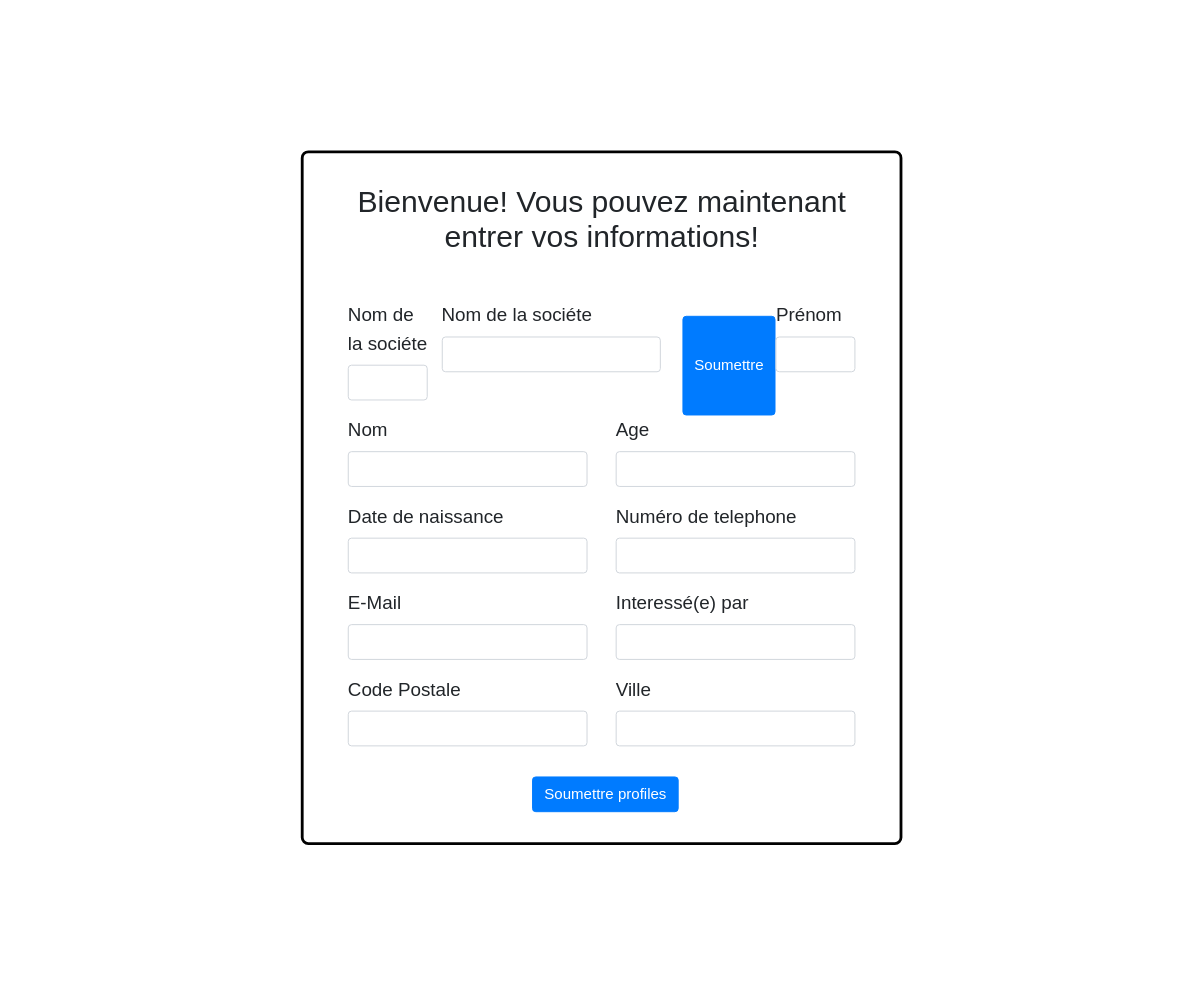
Repository: Aminox84/frontend-main
Page: /
These files come from the project's save history. The page is drawn as it stood at one moment and after the next save; the edit follows.
The browser window is 1280 px wide. The pictures show the whole page, at 94% of full size.
The page's requests for data from a server got no answer. The project was rebuilt for these pictures with package versions that can differ from the ones it lists, and the page was loaded fresh each time. No one was signed in, and anything a server would have sent is missing.

Above is the page before, as saved 2022-12-30 22:03:44.

### public/index.html
<!DOCTYPE html>
<html lang="en">
  <head>
    <meta charset="utf-8" />
    <link rel="icon" href="%PUBLIC_URL%/favicon.ico" />
    <meta name="viewport" content="width=device-width, initial-scale=1" />
    <meta name="theme-color" content="#000000" />
    <meta
      name="description"
      content="Web site created using create-react-app"
    />
    <link rel="apple-touch-icon" href="%PUBLIC_URL%/logo192.png" />

    <link rel="manifest" href="%PUBLIC_URL%/manifest.json" />
    <link rel="stylesheet" href="https://cdn.jsdelivr.net/npm/bootstrap@4.4.1/dist/css/bootstrap.min.css" integrity="sha384-Vkoo8x4CGsO3+Hhxv8T/Q5PaXtkKtu6ug5TOeNV6gBiFeWPGFN9MuhOf23Q9Ifjh" crossorigin="anonymous">

    <title>React App</title>
  </head>
  <body>
    <noscript>You need to enable JavaScript to run this app.</noscript>
    <div id="root"></div>
    <script src="https://code.jquery.com/jquery-3.4.1.slim.min.js" integrity="sha384-J6qa4849blE2+poT4WnyKhv5vZF5SrPo0iEjwBvKU7imGFAV0wwj1yYfoRSJoZ+n" crossorigin="anonymous"></script>
    <script src="https://cdn.jsdelivr.net/npm/popper.js@1.16.0/dist/umd/popper.min.js" integrity="sha384-Q6E9RHvbIyZFJoft+2mJbHaEWldlvI9IOYy5n3zV9zzTtmI3UksdQRVvoxMfooAo" crossorigin="anonymous"></script>
    <script src="https://cdn.jsdelivr.net/npm/bootstrap@4.4.1/dist/js/bootstrap.min.js" integrity="sha384-wfSDF2E50Y2D1uUdj0O3uMBJnjuUD4Ih7YwaYd1iqfktj0Uod8GCExl3Og8ifwB6" crossorigin="anonymous"></script>
  </body>
</html>

### src/App.tsx
import React from 'react';
import UserForm  from './userForm';


function App() {



  return (
    <div style={{position:"relative",background:"white",border:"0.2rem solid  black",padding:"2rem",margin:" 10rem auto",borderRadius:".5rem",fontFamily:"Arial",width:"50%",}}>
      <form>
       <UserForm />
      </form>
    </div>
  );
}

export default App;

### src/userForm.tsx
import React, { useState, useEffect } from 'react'
import axios from 'axios'
import { convertTypeAcquisitionFromJson } from 'typescript'

const UserForm = () => {
  // const [data, setData] = useState([] as any[]);

  useEffect(() => {
    axios
      .get('http://localhost:3000/users')
      .then((res) => {
        console.log(res.data)
        // setData(res.data)
      })
      .catch((err) => console.log(err));

  }, [])

  const [addFormData, setAddFormData] = useState({
    "username": '',
    "profile": {
      "firstname": '',
      "lastname": '',
      "age": 0,
      "dob": '',
      "interest": '',
      "phoneNumber": '',
      "email": '',
      "zipCode": '',
      "state": '',
    },
  })

  const handleFormChange = (event) => {

    event.preventDefault()

    const fieldName = event.target.getAttribute('name')
    const fieldValue = event.target.value

    const newFormData={ ...addFormData}

    if ( fieldName === "firstname") newFormData.profile.firstname = fieldValue
    if ( fieldName === "lastname") newFormData.profile.lastname = fieldValue
    if ( fieldName === "email") newFormData.profile.email = fieldValue
    if ( fieldName === "age") newFormData.profile.age = fieldValue
    if ( fieldName === "dob") newFormData.profile.dob = fieldValue
    if ( fieldName === "interest") newFormData.profile.interest = fieldValue
    if ( fieldName === "phoneNumber") newFormData.profile.phoneNumber = fieldValue
    if ( fieldName === "zipCode") newFormData.profile.zipCode = fieldValue
    if ( fieldName === "state") newFormData.profile.state = fieldValue
    if ( fieldName === "username") newFormData.username = fieldValue

    setAddFormData(newFormData)
    console.log(addFormData)

  }

  const [id,setId]=useState(0);

  const handleSubmitPartOne= async ()=>{

   await axios.post(`http://localhost:3000/users/${id}/profiles`, {
      "firstname": addFormData.profile.firstname,
      "lastname": addFormData.profile.lastname,
      "age": addFormData.profile.age,
      "dob": addFormData.profile.dob,
      "interest": addFormData.profile.interest,
      "phoneNumber": addFormData.profile.phoneNumber,
      "email": addFormData.profile.email,
      "zipCode": addFormData.profile.zipCode,
      "state": addFormData.profile.state,
      })


  }

  const handleSubmitButton = async (event) => {
    event.preventDefault()

    await  axios.post(`http://localhost:3000/users`, {
        "username": addFormData.username,
      }).then(function(response){
       setId(response.data.id)
       console.log(response)
       console.log(id)
      })

  }

  const labelFontSize = { fontSize: '20px' }

  return (
    <>
      <h2 style={{ textAlign: 'center' }}>
        Bienvenue! Vous pouvez maintenant entrer vos informations!
      </h2>
      <div className="container mt-5">
        <div className="row">
          <div className="col">
            <div className="form-group">
              <label style={labelFontSize} htmlFor="exampleInputPassword1">
                Nom de la sociéte
              </label>
              <input
                onChange={handleFormChange}
                name="username"
                type="text"
                className="form-control"
                id="exampleInputPassword1"
              />
            </div>
          </div>



          <div className="row">
          <div className="col">
            <div className="form-group">
              <label style={labelFontSize} htmlFor="exampleInputPassword1">
                Nom de la sociéte
              </label>
              <input
                onChange={handleFormChange}
                name="username"
                type="text"
                className="form-control"
                id="exampleInputPassword1"
              />
            </div>
          </div>
          <div className="d-flex justify-content-center mt-3">
          <button
            onClick={handleSubmitButton}
            type="button"
            className="btn btn-primary ml-2"
          >
            Soumettre
          </button>
        </div>
          </div>






          <div className="col">
            <div className="form-group">
              <label style={labelFontSize} htmlFor="exampleInputPassword1">
                Prénom
              </label>
              <input
                onChange={handleFormChange}
                name="firstname"
                type="text"
                className="form-control"
                id="exampleInputPassword1"
              />
            </div>
          </div>
        </div>
        <div className="row">
          <div className="col">
            <div className="form-group">
              <label style={labelFontSize} htmlFor="exampleInputPassword1">
                Nom
              </label>
              <input
                onChange={handleFormChange}
                name="lastname"
                type="text"
                className="form-control"
                id="exampleInputPassword1"
              />
            </div>
          </div>
          <div className="col">
            <div className="form-group">
              <label style={labelFontSize} htmlFor="exampleInputPassword1">
                Age
              </label>
              <input
                onChange={handleFormChange}
                name="age"
                type="text"
                className="form-control"
                id="exampleInputPassword1"
              />
            </div>
          </div>
        </div>
        <div className="row">
          <div className="col">
            <div className="form-group">
              <label style={labelFontSize} htmlFor="exampleInputPassword1">
                Date de naissance
              </label>
              <input
                onChange={handleFormChange}
                name="dob"
                type="text"
                className="form-control"
                id="exampleInputPassword1"
              />
            </div>
          </div>
          <div className="col">
            <div className="form-group">
              <label style={labelFontSize} htmlFor="exampleInputPassword1">
                Numéro de telephone
              </label>
              <input
                onChange={handleFormChange}
                name="phoneNumber"
                type="text"
                className="form-control"
                id="exampleInputPassword1"
              />
            </div>
          </div>
        </div>
        <div className="row">
          <div className="col">
            <div className="form-group">
              <label style={labelFontSize} htmlFor="exampleInputPassword1">
                E-Mail
              </label>

              <input
                 name="email"
                onChange={handleFormChange}
                type="text"
                className="form-control"
                id="exampleInputPassword1"
              />
            </div>
          </div>
          <div className="col">
            <div className="form-group">
              <label style={labelFontSize} htmlFor="exampleInputPassword1">
                Interessé(e) par
              </label>
              <input
                onChange={handleFormChange}
                name="interest"
                type="text"
                className="form-control"
                id="exampleInputPassword1"
              />
            </div>
          </div>
        </div>
        <div className="row">
          <div className="col">
            <div className="form-group">
              <label style={labelFontSize} htmlFor="exampleInputPassword1">
                Code Postale
              </label>

              <input
                name="zipCode"
                onChange={handleFormChange}
                type="text"
                className="form-control"
                id="exampleInputPassword1"
              />
            </div>
          </div>
          <div className="col">
            <div className="form-group">
              <label style={labelFontSize} htmlFor="exampleInputPassword1">
                Ville
              </label>
              <input
                onChange={handleFormChange}
                name="state"
                type="text"
                className="form-control"
                id="exampleInputPassword1"
              />
            </div>
          </div>
        </div>
        <div className="d-flex justify-content-center mt-3">
          <button
            onClick={handleSubmitPartOne}
            type="button"
            className="btn btn-primary ml-2"
          >
            Soumettre profiles
          </button>
        </div>
      </div>
    </>
  )
}
export default UserForm

Loaded but not shown: src/index.tsx (common file)

After the next save:
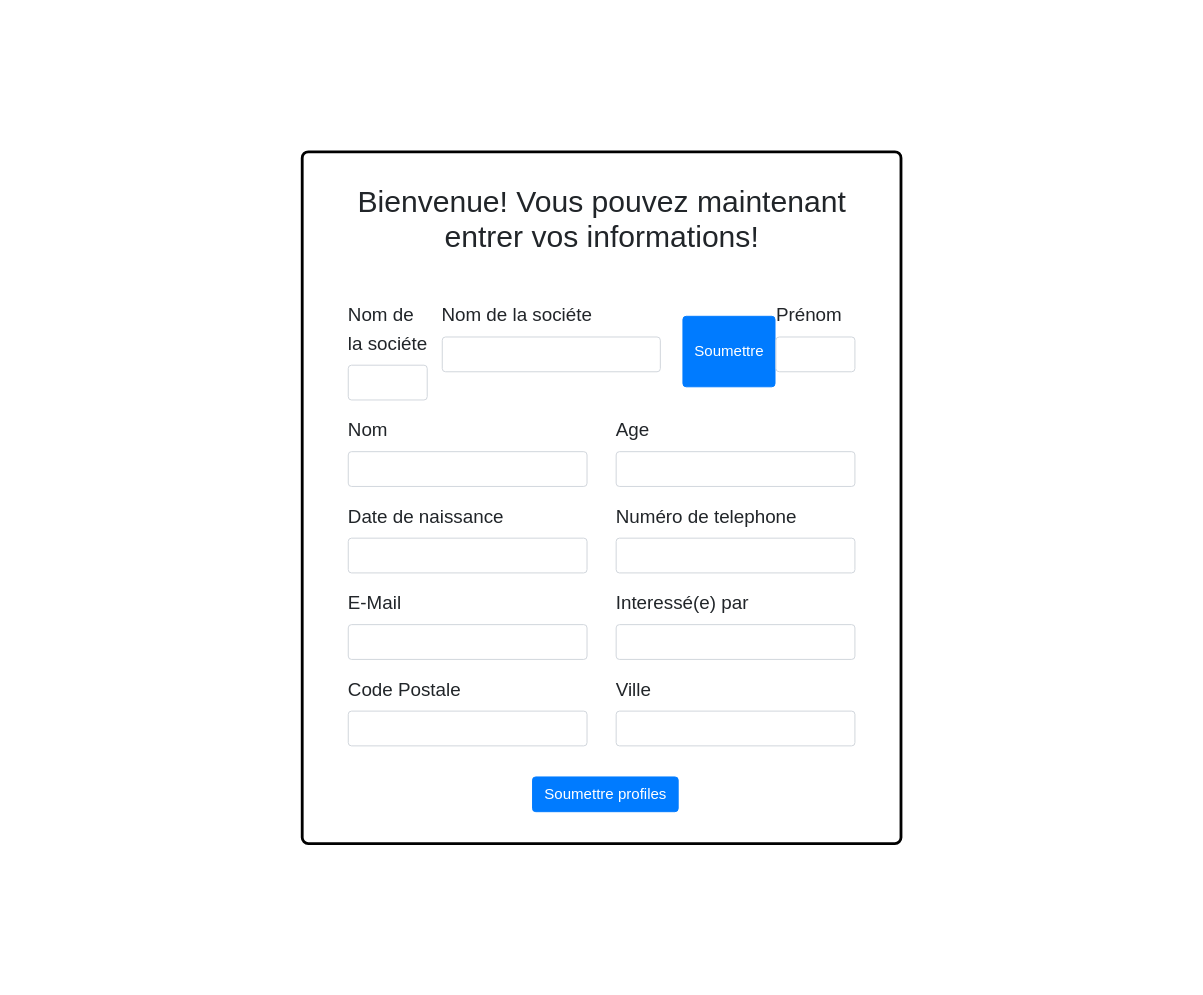
Saved 7 min 6 s later.
--- a/src/userForm.tsx
+++ b/src/userForm.tsx
@@ -38,29 +38,29 @@ const UserForm = () => {
     const fieldName = event.target.getAttribute('name')
     const fieldValue = event.target.value
 
-    const newFormData={ ...addFormData}
-
-    if ( fieldName === "firstname") newFormData.profile.firstname = fieldValue
-    if ( fieldName === "lastname") newFormData.profile.lastname = fieldValue
-    if ( fieldName === "email") newFormData.profile.email = fieldValue
-    if ( fieldName === "age") newFormData.profile.age = fieldValue
-    if ( fieldName === "dob") newFormData.profile.dob = fieldValue
-    if ( fieldName === "interest") newFormData.profile.interest = fieldValue
-    if ( fieldName === "phoneNumber") newFormData.profile.phoneNumber = fieldValue
-    if ( fieldName === "zipCode") newFormData.profile.zipCode = fieldValue
-    if ( fieldName === "state") newFormData.profile.state = fieldValue
-    if ( fieldName === "username") newFormData.username = fieldValue
+    const newFormData = { ...addFormData }
+
+    if (fieldName === "firstname") newFormData.profile.firstname = fieldValue
+    if (fieldName === "lastname") newFormData.profile.lastname = fieldValue
+    if (fieldName === "email") newFormData.profile.email = fieldValue
+    if (fieldName === "age") newFormData.profile.age = fieldValue
+    if (fieldName === "dob") newFormData.profile.dob = fieldValue
+    if (fieldName === "interest") newFormData.profile.interest = fieldValue
+    if (fieldName === "phoneNumber") newFormData.profile.phoneNumber = fieldValue
+    if (fieldName === "zipCode") newFormData.profile.zipCode = fieldValue
+    if (fieldName === "state") newFormData.profile.state = fieldValue
+    if (fieldName === "username") newFormData.username = fieldValue
 
     setAddFormData(newFormData)
     console.log(addFormData)
 
   }
 
-  const [id,setId]=useState(0);
-
-  const handleSubmitPartOne= async ()=>{
-
-   await axios.post(`http://localhost:3000/users/${id}/profiles`, {
+  const [id, setId] = useState(0);
+
+  const handleSubmitPartOne = async () => {
+
+    await axios.post(`http://localhost:3000/users/${id}/profiles`, {
       "firstname": addFormData.profile.firstname,
       "lastname": addFormData.profile.lastname,
       "age": addFormData.profile.age,
@@ -70,21 +70,23 @@ const UserForm = () => {
       "email": addFormData.profile.email,
       "zipCode": addFormData.profile.zipCode,
       "state": addFormData.profile.state,
-      })
+    })
 
 
   }
+
+  const [visible, setVisible] = useState(false);
 
   const handleSubmitButton = async (event) => {
     event.preventDefault()
 
-    await  axios.post(`http://localhost:3000/users`, {
-        "username": addFormData.username,
-      }).then(function(response){
-       setId(response.data.id)
-       console.log(response)
-       console.log(id)
-      })
+    await axios.post(`http://localhost:3000/users`, {
+      "username": addFormData.username,
+    }).then(function (response) {
+      setId(response.data.id)
+      console.log(response)
+      console.log(id)
+    })
 
   }
 
@@ -113,31 +115,32 @@ const UserForm = () => {
           </div>
 
 
-
-          <div className="row">
-          <div className="col">
-            <div className="form-group">
-              <label style={labelFontSize} htmlFor="exampleInputPassword1">
-                Nom de la sociéte
-              </label>
-              <input
-                onChange={handleFormChange}
-                name="username"
-                type="text"
-                className="form-control"
-                id="exampleInputPassword1"
-              />
-            </div>
-          </div>
-          <div className="d-flex justify-content-center mt-3">
-          <button
-            onClick={handleSubmitButton}
-            type="button"
-            className="btn btn-primary ml-2"
-          >
-            Soumettre
-          </button>
-        </div>
+          <div className='company'>
+            <div className="row">
+              <div className="col">
+                <div className="form-group">
+                  <label style={labelFontSize} htmlFor="exampleInputPassword1">
+                    Nom de la sociéte
+                  </label>
+                  <input
+                    onChange={handleFormChange}
+                    name="username"
+                    type="text"
+                    className="form-control"
+                    id="exampleInputPassword1"
+                  />
+                </div>
+              </div>
+              <div className="d-flex justify-content-center mt-3">
+                <button
+                  onClick={handleSubmitButton}
+                  type="button"
+                  className="btn btn-primary ml-2"
+                >
+                  Soumettre
+                </button>
+              </div>
+            </div>
           </div>
 
 
@@ -228,7 +231,7 @@ const UserForm = () => {
               </label>
 
               <input
-                 name="email"
+                name="email"
                 onChange={handleFormChange}
                 type="text"
                 className="form-control"
